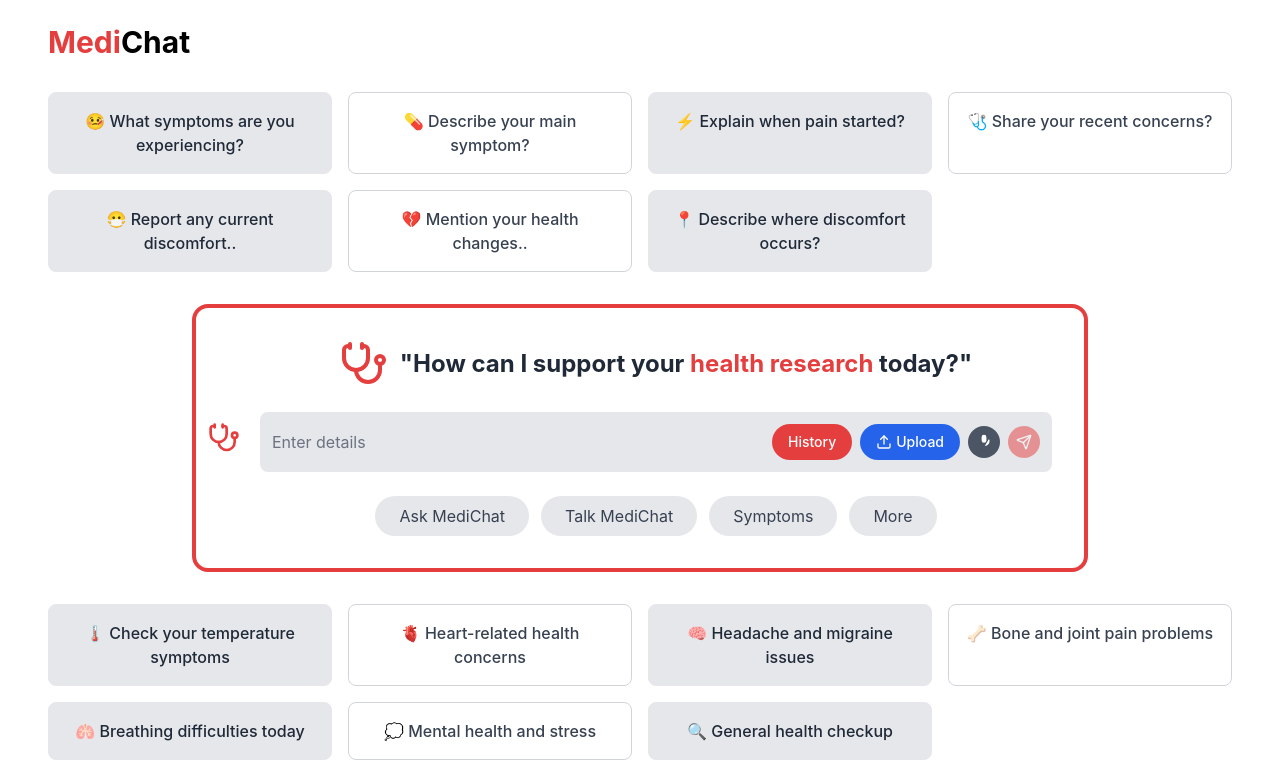
Repository: KarthikBalaji-007/telemedicine-frontend
Page: / (app in frontend_backup/medichat-frontend/)
An editor plug-in stored every save of this project. The page is shown before and after the next save, followed by the edit.
The browser window is 1280 px wide. The pictures show the whole page.
The project was rebuilt for these pictures with package versions that can differ from the ones it lists, and the page was loaded fresh each time. Also part of the build but not shown: frontend_backup/medichat-frontend/src/components/ChatInterface.jsx, frontend_backup/medichat-frontend/src/components/DiagnosisResult.jsx, frontend_backup/medichat-frontend/src/components/History.jsx, frontend_backup/medichat-frontend/src/components/VoiceToggle.jsx.

Above is the page before, as saved 2025-08-13 22:41:47.

### frontend_backup/medichat-frontend/src/index.css
@tailwind base;
@tailwind components;
@tailwind utilities;

* {
  margin: 0;
  padding: 0;
  box-sizing: border-box;
}

html, body {
  width: 100%;
  height: 100%;
  margin: 0;
  padding: 0;
  font-family: -apple-system, BlinkMacSystemFont, 'Segoe UI', 'Roboto', 'Oxygen',
    'Ubuntu', 'Cantarell', 'Fira Sans', 'Droid Sans', 'Helvetica Neue',
    sans-serif;
  -webkit-font-smoothing: antialiased;
  -moz-osx-font-smoothing: grayscale;
}

#root {
  width: 100%;
  height: 100%;
  margin: 0;
  padding: 0;
}

.App {
  width: 100%;
  min-height: 100vh;
  margin: 0;
  padding: 0;
}

### frontend_backup/medichat-frontend/src/App.js
import React from 'react';
import { BrowserRouter as Router, Routes, Route } from 'react-router-dom';
import HomePage from './components/HomePage';
import ChatInterface from './components/ChatInterface';
import DiagnosisResult from './components/DiagnosisResult';
import History from './components/History';
import VoiceToggle from './components/VoiceToggle';


function App() {
  return (
    <Router>
      <div className="App min-h-screen bg-gray-50">
        <Routes>
          <Route path="/" element={<HomePage />} />
          <Route path="/chat" element={<ChatInterface />} />
          <Route path="/diagnosis" element={<DiagnosisResult />} />
          <Route path="/history" element={<History />} />
          <Route path="/voice" element={<VoiceToggle />} />
        </Routes>
      </div>
    </Router>
  );
}

export default App;

### frontend_backup/medichat-frontend/src/components/HomePage.jsx
import React, { useState } from 'react';
import { useNavigate } from 'react-router-dom';
import { Stethoscope, Send, Upload } from 'lucide-react';

const HomePage = () => {
  const navigate = useNavigate();
  const [problemText, setProblemText] = useState('');

  const symptomCards = [
    "🤒 What symptoms are you experiencing?",
    "💊 Describe your main symptom?",
    "⚡ Explain when pain started?",
    "🩺 Share your recent concerns?",
    "😷 Report any current discomfort..",
    "💔 Mention your health changes..",
    "📍 Describe where discomfort occurs?"
  ];

  const bottomCards = [
    "🌡️ Check your temperature symptoms",
    "🫀 Heart-related health concerns",
    "🧠 Headache and migraine issues",
    "🦴 Bone and joint pain problems",
    "🫁 Breathing difficulties today",
    "💭 Mental health and stress",
    "🔍 General health checkup"
  ];

  const handleCardClick = (symptom) => {
    navigate('/chat', { state: { initialSymptom: symptom } });
  };

  const handleProblemSubmit = (e) => {
    e.preventDefault();
    if (problemText.trim()) {
      navigate('/chat', { state: { initialSymptom: problemText } });
    }
  };

  // Handle file upload functionality
  const handleFileUpload = (event) => {
    const file = event.target.files[0];
    if (file) {
      const fileType = file.type.includes('image') ? 'medical image' : 'medical report';
      const uploadMessage = `I have uploaded a ${fileType}: ${file.name}. Please analyze this file and provide medical insights.`;

      // Navigate to chat with file information
      navigate('/chat', {
        state: {
          initialSymptom: uploadMessage,
          uploadedFile: file
        }
      });
    }
  };

  return (
    <div className="min-h-screen bg-white">
      <div className="w-full px-4 sm:px-6 lg:px-8 xl:px-12 py-6">
        {/* Header */}
        <div className="flex items-center mb-8">
          <h1 className="text-3xl font-bold">
            <span className="text-medical-red">Medi</span>
            <span className="text-black">Chat</span>
          </h1>
        </div>

        {/* Top Symptom Cards Grid */}
        <div className="grid grid-cols-1 md:grid-cols-2 lg:grid-cols-4 gap-4 mb-8">
          {symptomCards.map((symptom, index) => (
            <div
              key={index}
              onClick={() => handleCardClick(symptom)}
              className={`p-4 rounded-lg border cursor-pointer transition-all hover:shadow-md ${
                index % 2 === 0
                  ? 'bg-gray-200 text-gray-800'
                  : 'bg-white border-gray-300 text-gray-700'
              }`}
            >
              <p className="text-center font-medium">{symptom}</p>
            </div>
          ))}
        </div>

        {/* Center Content - With Upload Button */}
        <div className="w-full max-w-4xl mx-auto mb-8">
          <div className="relative">
            <Stethoscope className="absolute left-4 top-1/2 transform -translate-y-1/2 text-medical-red w-8 h-8 z-10" />
            <div className="border-4 border-medical-red rounded-2xl bg-white p-8 pl-16">
              {/* Center Content from Your Image */}
              <div className="text-center">
                <div className="flex items-center justify-center mb-4">
                  <Stethoscope className="text-medical-red w-12 h-12 mr-3" />
                  <h2 className="text-2xl font-bold text-gray-800">
                    "How can I support your{' '}
                    <span className="text-medical-red">health research</span>{' '}
                    today?"
                  </h2>
                </div>

                {/* Input Section with Upload Button */}
                <form onSubmit={handleProblemSubmit} className="mt-6">
                  <div className="flex items-center bg-gray-200 rounded-lg p-3">
                    <input
                      type="text"
                      value={problemText}
                      onChange={(e) => setProblemText(e.target.value)}
                      placeholder="Enter details"
                      className="flex-1 bg-transparent outline-none text-gray-700 placeholder-gray-500"
                    />
                    <div className="flex items-center space-x-2 ml-4">
                      <button
                        type="button"
                        onClick={() => navigate('/history')}
                        className="bg-medical-red text-white px-4 py-2 rounded-full text-sm font-medium"
                      >
                        History
                      </button>

                      {/* Upload Button */}
                      <label className="bg-blue-600 text-white px-4 py-2 rounded-full text-sm font-medium cursor-pointer hover:bg-blue-700 transition-colors flex items-center">
                        <Upload className="w-4 h-4 mr-1" />
                        Upload
                        <input
                          type="file"
                          accept="image/*,.pdf,.doc,.docx,.txt"
                          onChange={handleFileUpload}
                          className="hidden"
                        />
                      </label>

                      <button
                        type="button"
                        className="bg-gray-600 text-white p-2 rounded-full"
                      >
                        <svg className="w-4 h-4" fill="currentColor" viewBox="0 0 20 20">
                          <path fillRule="evenodd" d="M7 4a3 3 0 016 0v4a3 3 0 11-6 0V4zm4 10.93A7.001 7.001 0 0017 8a1 1 0 10-2 0A5 5 0 715 8a1 1 0 00-2 0 7.001 7.001 0 006 6.93V17H6a1 1 0 100 2h8a1 1 0 100-2h-3v-2.07z" clipRule="evenodd" />
                        </svg>
                      </button>
                      <button
                        type="submit"
                        disabled={!problemText.trim()}
                        className="bg-medical-red text-white p-2 rounded-full disabled:opacity-50"
                      >
                        <Send className="w-4 h-4" />
                      </button>
                    </div>
                  </div>
                </form>

                {/* Quick Action Buttons - DIAGNOSIS BUTTON REMOVED */}
                <div className="flex flex-wrap justify-center gap-3 mt-6">
                  <button
                    onClick={() => navigate('/chat')}
                    className="px-6 py-2 bg-gray-200 text-gray-700 rounded-full hover:bg-gray-300 transition-colors"
                  >
                    Ask MediChat
                  </button>
                  <button
                    onClick={() => navigate('/chat')}
                    className="px-6 py-2 bg-gray-200 text-gray-700 rounded-full hover:bg-gray-300 transition-colors"
                  >
                    Talk MediChat
                  </button>
                  <button
                    onClick={() => navigate('/chat')}
                    className="px-6 py-2 bg-gray-200 text-gray-700 rounded-full hover:bg-gray-300 transition-colors"
                  >
                    Symptoms
                  </button>
                  {/* DIAGNOSIS BUTTON REMOVED FROM HERE */}
                  <button className="px-6 py-2 bg-gray-200 text-gray-700 rounded-full hover:bg-gray-300 transition-colors">
                    More
                  </button>
                </div>
              </div>
            </div>
          </div>
        </div>

        {/* Bottom Different Cards */}
        <div className="grid grid-cols-1 md:grid-cols-2 lg:grid-cols-4 gap-4">
          {bottomCards.map((card, index) => (
            <div
              key={`bottom-${index}`}
              onClick={() => handleCardClick(card)}
              className={`p-4 rounded-lg border cursor-pointer transition-all hover:shadow-md ${
                index % 2 === 0
                  ? 'bg-gray-200 text-gray-800'
                  : 'bg-white border-gray-300 text-gray-700'
              }`}
            >
              <p className="text-center font-medium">{card}</p>
            </div>
          ))}
        </div>
      </div>
    </div>
  );
};

export default HomePage;

### frontend_backup/medichat-frontend/tailwind.config.js
/** @type {import('tailwindcss').Config} */
module.exports = {
  content: [
    "./src/**/*.{js,jsx,ts,tsx}",
  ],
  theme: {
    extend: {
      colors: {
        'medical-red': '#E53E3E',
        'medical-gray': '#F7FAFC',
      }
    },
  },
  plugins: [],
}

Loaded but not shown: frontend_backup/medichat-frontend/public/index.html (common file); frontend_backup/medichat-frontend/src/index.js (common file)

After the next save:
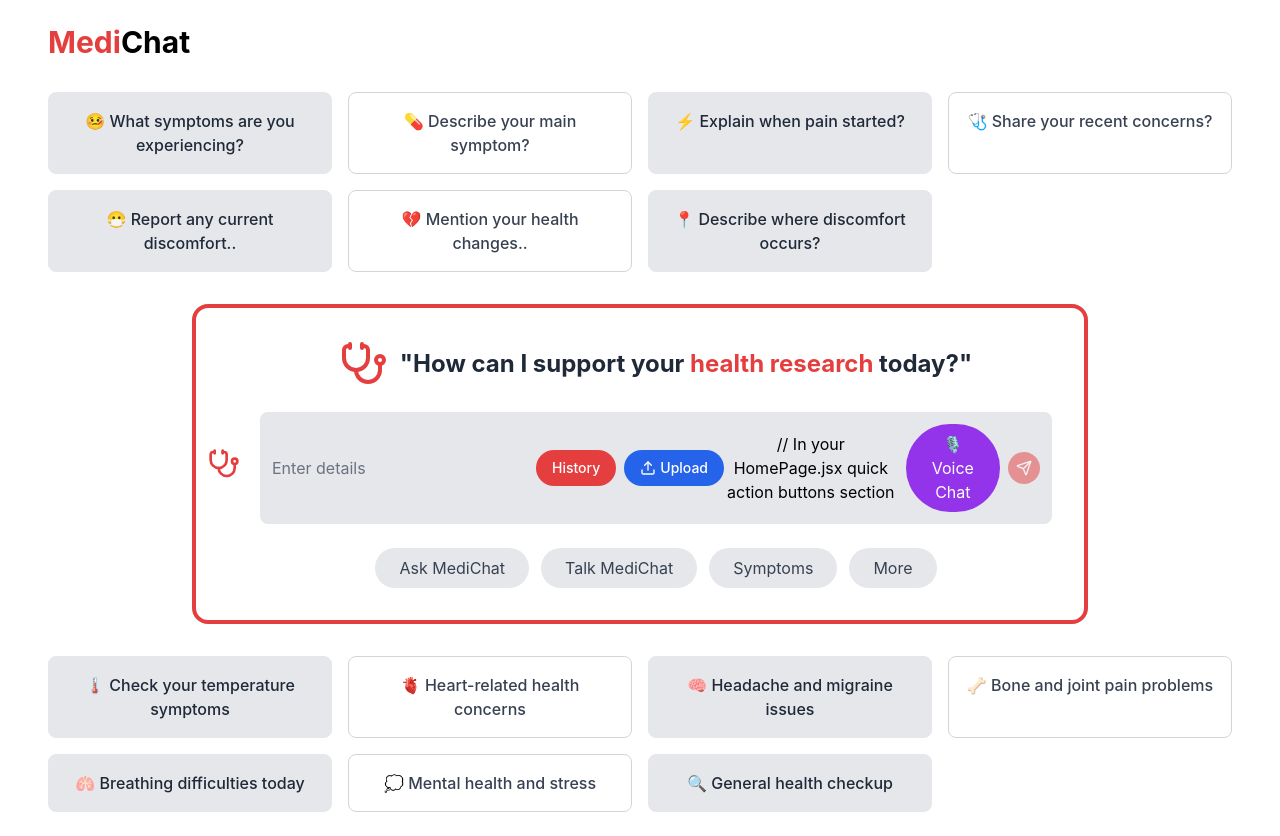
Saved 2 min 25 s later.
--- a/frontend_backup/medichat-frontend/src/components/HomePage.jsx
+++ b/frontend_backup/medichat-frontend/src/components/HomePage.jsx
@@ -129,14 +129,14 @@ const HomePage = () => {
                         />
                       </label>
 
-                      <button
-                        type="button"
-                        className="bg-gray-600 text-white p-2 rounded-full"
-                      >
-                        <svg className="w-4 h-4" fill="currentColor" viewBox="0 0 20 20">
-                          <path fillRule="evenodd" d="M7 4a3 3 0 016 0v4a3 3 0 11-6 0V4zm4 10.93A7.001 7.001 0 0017 8a1 1 0 10-2 0A5 5 0 715 8a1 1 0 00-2 0 7.001 7.001 0 006 6.93V17H6a1 1 0 100 2h8a1 1 0 100-2h-3v-2.07z" clipRule="evenodd" />
-                        </svg>
-                      </button>
+                      // In your HomePage.jsx quick action buttons section
+<button
+  onClick={() => navigate('/voice')}
+  className="px-6 py-2 bg-purple-600 text-white rounded-full hover:bg-purple-700 transition-colors"
+>
+  🎙️ Voice Chat
+</button>
+
                       <button
                         type="submit"
                         disabled={!problemText.trim()}
